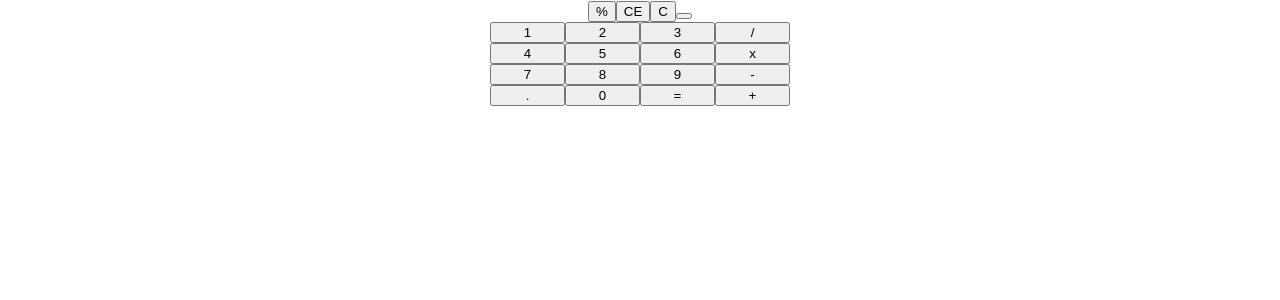
Repository: hoangphuong965/calculator_react
Page: /
An editor plug-in stored every save of this project. The page is shown before and after a run of saves, followed by the edit.
The browser window is 1280 px wide. The pictures show the whole page.
The project was rebuilt for these pictures with package versions that can differ from the ones it lists, and the page was loaded fresh each time.

Above is the page before, as saved 2020-08-04 08:10:11.

After the next 5 saves:
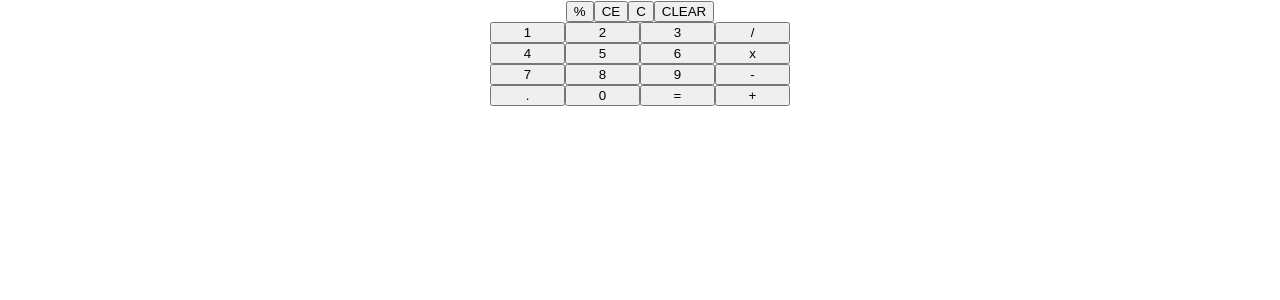
The 5 saves are shown as one change because they came seconds apart.
The last was saved 13 s later.
--- a/src/component/Key.js
+++ b/src/component/Key.js
@@ -7,7 +7,7 @@ function Key() {
         <button className="data-ctr">%</button>
         <button className="data-ctr">CE</button>
         <button className="data-ctr">C</button>
-        <button className="data-ctr"></button>
+        <button className="data-ctr">CLEAR</button>
       </div>
       <div className="key-number">
         <button className="data-key">1</button>
